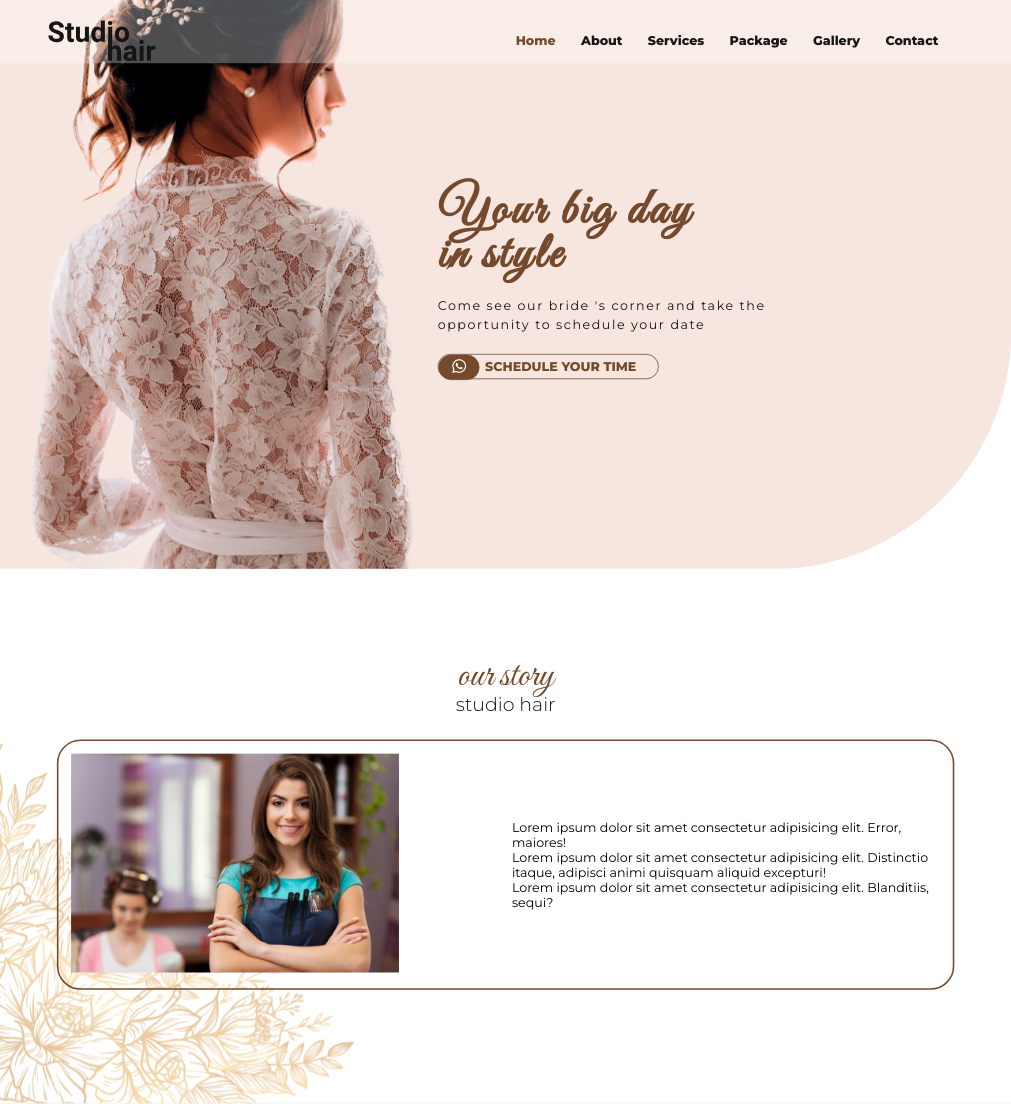
Repository: TuanHuflit2k1/clone-web01
Page: index.html
The author's editor kept a copy of each file at every save. The page is drawn from the files as they stood at one save, then again after a run of saves.
The browser window is 1280 px wide. The pictures show the whole page, at 79% of full size.
Some web libraries are served in a nearby version.

Above is the page before, as saved 2022-04-28 11:16:12.

### index.html
<!DOCTYPE html>
<html lang="en">
  <head>
    <meta charset="UTF-8" />
    <meta http-equiv="X-UA-Compatible" content="IE=edge" />
    <meta name="viewport" content="width=device-width, initial-scale=1.0" />
    <title>Beauty Salon</title>
    <!-- css file -->
    <link rel="stylesheet" href="./style.css" />
    <!-- font awesomw CDN -->
    <link
      rel="stylesheet"
      href="https://cdnjs.cloudflare.com/ajax/libs/font-awesome/6.1.1/css/all.min.css"
      integrity="sha512-KfkfwYDsLkIlwQp6LFnl8zNdLGxu9YAA1QvwINks4PhcElQSvqcyVLLD9aMhXd13uQjoXtEKNosOWaZqXgel0g=="
      crossorigin="anonymous"
      referrerpolicy="no-referrer"
    />
  </head>
  <body>
    <!-- header -->
    <header class="header" id="header">
      <div class="navbar">
        <div class="logo">
          <img src="./img/logo.svg" alt="Logo" />
        </div>
        <nav class="nav-menu" id="nav-menu">
          <ul class="nav-list">
            <li><a href="#" class="nav-link active">home</a></li>
            <li><a href="#about" class="nav-link">about</a></li>
            <li><a href="#services" class="nav-link">services</a></li>
            <li><a href="#package" class="nav-link">package</a></li>
            <li><a href="#gallery" class="nav-link">gallery</a></li>
            <li><a href="#contact" class="nav-link">contact</a></li>
          </ul>
        </nav>
        <div class="nav-toggle" id="nav-toggle">
          <i class="fas fa-bars"></i>
        </div>
      </div>
    </header>
    <!-- end header -->
    <!-- start home section -->
    <section class="home">
      <div class="container">
        <div class="home-img">
          <img src="./img/home-img.png" />
        </div>
        <div class="home-content">
          <h1>Your big day<br /><span>in style</span></h1>
          <p>
            Come see our bride 's corner and take the opportunity to schedule
            your date
          </p>
          <a href="#" class="btn btn-outline">
            <i class="fab fa-whatsapp"></i>
            Schedule your time
          </a>
        </div>
      </div>
    </section>
    <!-- end section home -->
    <!-- start section about -->
    <section class="about" id="about">
      <div class="container">
        <div class="section-title">
          <h1>our story</h1>
          <span>studio hair</span>
        </div>
        <div class="about-detail">
          <div class="about-detal-content">
            <div class="about-img">
              <img src="./img/about-img.jpg" />
            </div>
            <div class="about-description">
              <p>
                Lorem ipsum dolor sit amet consectetur adipisicing elit. Error,
                maiores!
              </p>
              <p>
                Lorem ipsum dolor sit amet consectetur adipisicing elit.
                Distinctio itaque, adipisci animi quisquam aliquid excepturi!
              </p>
              <p>
                Lorem ipsum dolor sit amet consectetur adipisicing elit.
                Blanditiis, sequi?
              </p>
            </div>
          </div>
        </div>
      </div>
    </section>
    <!-- link js -->
    <script src="./main.js"></script>
  </body>
</html>

### style.css
/* font */
@import url("https://fonts.googleapis.com/css2?family=Great+Vibes&family=Montserrat:wght@300;400;600;800&display=swap");
:root {
  --header-height: 5rem;
  --main-color: #f7e6df;
  --first-color: #75492b;
  --secon-color: #dfd6a7;
  --white-color: #fff;
  --black-color: #151515;

  --font-cursive: "Great Vibes", cursive;
  --font-body: "Montserrat", sans-serif;

  --big-font-size: 3rem;
  --h1-font-size: 2.25rem;
  --h2-font-size: 1.5rem;
  --h3-font-size: 1.25rem;
  --normal-font-size: 1rem;
  --small-font-size: 0.813rem;
}
* {
  box-sizing: border-box;
  margin: 0;
  padding: 0;
  text-decoration: none;
  list-style: none;
  outline: none;
  border: none;
}
html {
  scroll-behavior: smooth;
}
body {
  background-color: var(--white-color);
  font-size: var(--normal-font-size);
  font-family: var(--font-body);
  overflow-x: hidden;
}
/* button */
.btn {
  width: 240px;
  display: flex;
  align-items: center;
  justify-content: center;
  text-align: center;
  background-color: var(--first-color);
  color: var(--white-color);
  border: 1px solid var(--first-color);
  border-radius: 50px;
  font-size: var(--normal-font-size);
  font-weight: bold;
  text-transform: uppercase;
  line-height: 1rem;
  padding: 10px 20px;
  cursor: pointer;
  transition: all 0.4s ease;
}
.btn:hover {
  background-color: transparent;
  color: var(--first-color);
}
.btn-outline {
  width: 280px;
  background-color: transparent;
  color: var(--first-color);
  padding: 5px 10px 5px 0;
  transition: all 0.4s ease;
  position: relative;
}
.btn-outline::before {
  content: "";
  position: absolute;
  top: 0;
  left: 0;
  width: 18%;
  height: 100%;
  background-color: var(--first-color);
  border: 1px solid var(--first-color);
  border-radius: 50px;
  transition: all 0.4s ease-in-out;
}
.btn-outline i {
  margin-right: 1.5rem;
  font-size: var(--h3-font-size);
  color: var(--white-color);
  z-index: 10;
}
.btn-outline:hover::before {
  width: 100%;
  z-index: -1;
}
.btn-outline:hover {
  color: var(--white-color);
  z-index: 10;
}
/* end button */
.header {
  position: fixed;
  top: 0;
  left: 0;
  right: 0;
  height: var(--header-height);
  background-color: rgba(255, 255, 255, 0.3);
  z-index: 10000;
  transition: all 0.4s ease;
}
.scroll-header {
  background-color: var(--white-color);
  box-shadow: 0 4px 6px rgba(0, 0, 0, 0.1);
}
.navbar {
  width: 100%;
  max-width: 1200px;
  margin: 0 auto;
  display: flex;
  justify-content: space-between;
  align-items: center;
  padding: 20px;
}
.nav-menu .nav-list {
  display: flex;
}
.nav-menu li {
  margin-right: 2rem;
}
.nav-link {
  font-size: var(--normal-font-size);
  color: var(--black-color);
  font-weight: bold;
  text-transform: capitalize;
  position: relative;
  transition: all 0.4s ease;
}
.nav-link::before {
  content: "";
  position: absolute;
  width: 0;
  left: 0;
  bottom: 0;
  height: 2px;
  background-color: var(--first-color);
  transition: all 0.4s ease-in-out;
}
.nav-link:hover::before {
  width: 100%;
}
.nav-link:hover,
.nav-link.active {
  color: var(--first-color);
}
.nav-toggle {
  font-size: var(--h1-font-size);
  padding: 5px 5px 0;
  border: 2px solid transparent;
  cursor: pointer;
  z-index: 100;
  display: none;
}
.nav-toggle:hover {
  color: var(--first-color);
  border: 2px solid var(--first-color);
}
/* Start Home Section */
.home {
  width: 100%;
  height: 100vh;
  background-color: var(--main-color);
  border-radius: 0 0 300px 0;
}
.home .container {
  max-width: 1200px;
  margin: 0 auto;
  display: flex;
  flex-wrap: wrap;
}
.home .home-img img {
  max-width: 100%;
  height: 100%;
}
.home .home-content {
  width: 40%;
  height: 100vh;
  display: flex;
  flex-direction: column;
  align-items: flex-start;
  justify-content: center;
}
.home-content h1 {
  font-family: var(--font-cursive);
  font-size: 4rem;
  line-height: 3.5rem;
  letter-spacing: 4px;
  color: var(--first-color);
  margin-bottom: 1.5rem;
}
.home-content p {
  font-weight: 400;
  line-height: 1.5rem;
  letter-spacing: 2px;
  color: var(--black-color);
  margin-bottom: 1.5rem;
}

/* End Home Section */
/* start about section */
.about {
  width: 100%;
  padding: 7rem 0;
  background-image: url(./img/arabesque-left-bottom.svg);
  background-repeat: no-repeat;
  background-position: bottom left;
  z-index: -1;
}
.about .container {
  max-width: 1200px;
  margin: 0 auto;
  display: flex;
  flex-wrap: wrap;
}
.section-title {
  text-align: center;
  margin: 0 auto;
}
.section-title h1 {
  font-family: var(--font-cursive);
  font-size: var(--big-font-size);
  font-weight: 400;
  line-height: 3rem;
  color: var(--first-color);
}
.section-title span {
  font-weight: 300;
  font-size: var(--h2-font-size);
  line-height: 1.5rem;
  color: var(--black-color);
}
.about-detail {
  width: 100%;
  padding: 2rem;
}
.about-detal-content {
  display: grid;
  grid-template-columns: repeat(2, 1fr);
  gap: 1rem;
  align-items: center;
  border: 2px solid var(--first-color);
  border-radius: 30px;
  padding: 1rem;
}
.abou
@media (max-width: 920px) {
  .nav-menu {
    position: absolute;
    top: 0;
    right: 0;
    width: 0;
    height: 100vh;
    background-color: var(--main-color);
    font-size: var(--h2-font-size);
    text-align: center;
    text-transform: capitalize;
    padding-top: var(--header-height);
    box-shadow: 0 0 5px rgba(0, 0, 0, 0.4);
    transition: all 0.4s ease-in-out;
  }
  .show-nav {
    width: 60%;
  }
  .nav-menu .nav-list {
    display: block;
  }
  .nav-menu li {
    padding: 15px 0;
  }
  .nav-link {
    font-size: var(--h3-font-size);
  }
  .nav-toggle {
    display: block;
  }
  .home .home-img img {
    display: none;
  }
  .home .home-content {
    width: 100%;
    height: 100vh;
    display: flex;
    justify-content: center;
    align-items: center;
  }
  .home-content h1 {
    font-size: var(--big-font-size);
  }
  .home-content p {
    padding: 0 2rem;
  }
}

### main.js
//Show Navbar
const nav = document.querySelector(".nav-menu");
const toggle = document.querySelector(".nav-toggle");
toggle.onclick = () => {
  nav.classList.toggle("show-nav");
};
//Remove bar
const navLink = document.querySelectorAll(".nav-link");
function linkAction() {
  nav.classList.remove("show-nav");
}
navLink.forEach((n) => n.addEventListener("click", linkAction));
//change active color
function colorLink() {
  if (navLink) {
    navLink.forEach((n) => n.classList.remove("active"));
    this.classList.add("active");
  }
}
navLink.forEach((l) => l.addEventListener("click", colorLink));

After the next 3 saves:
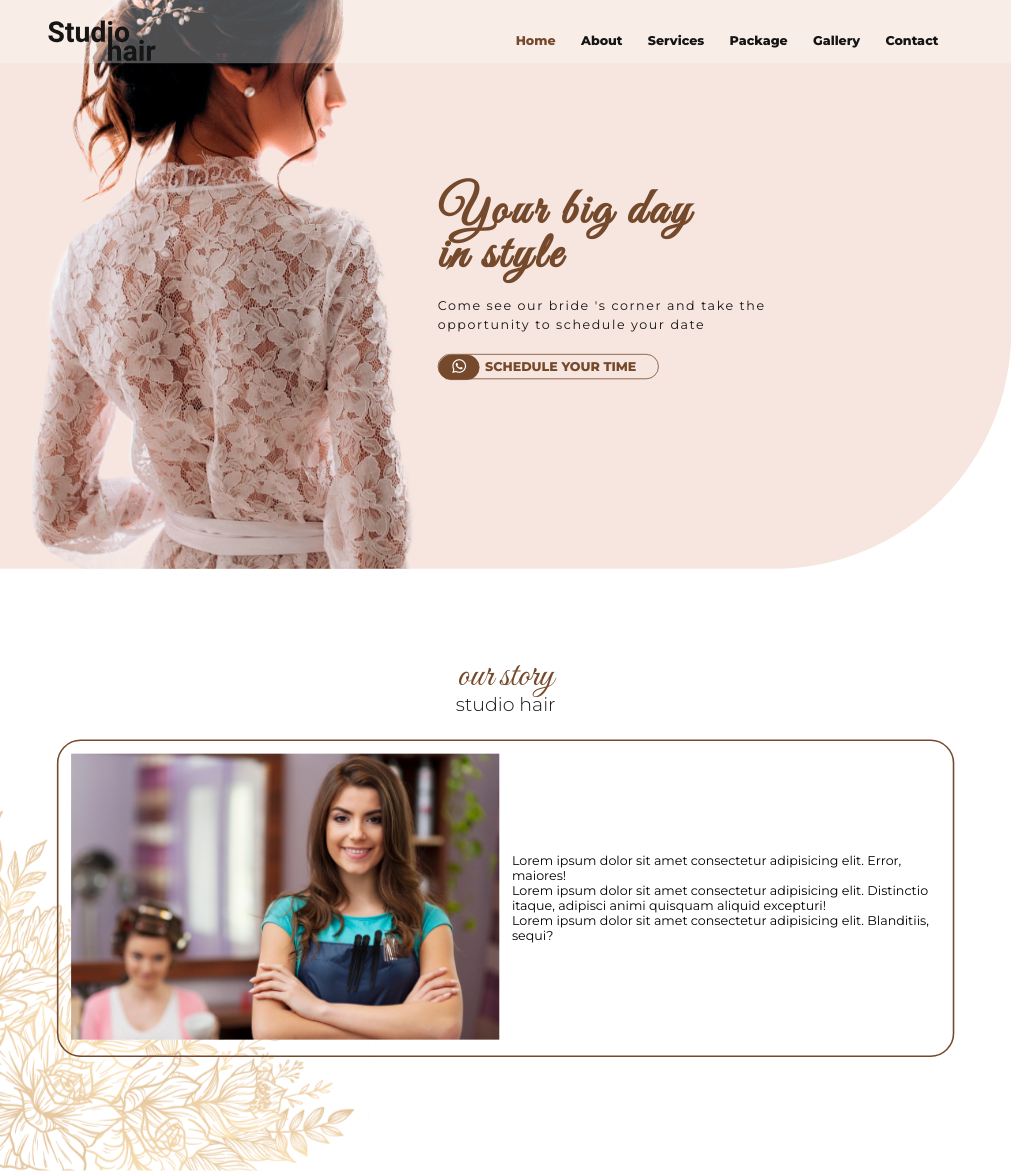
The 3 saves are shown as one change because they came seconds apart.
The last was saved 15 s later.
--- a/style.css
+++ b/style.css
@@ -247,7 +247,10 @@ body {
   border-radius: 30px;
   padding: 1rem;
 }
-.abou
+.about-img img {
+    width: 100%;
+    border-radius: ;
+}
 @media (max-width: 920px) {
   .nav-menu {
     position: absolute;
